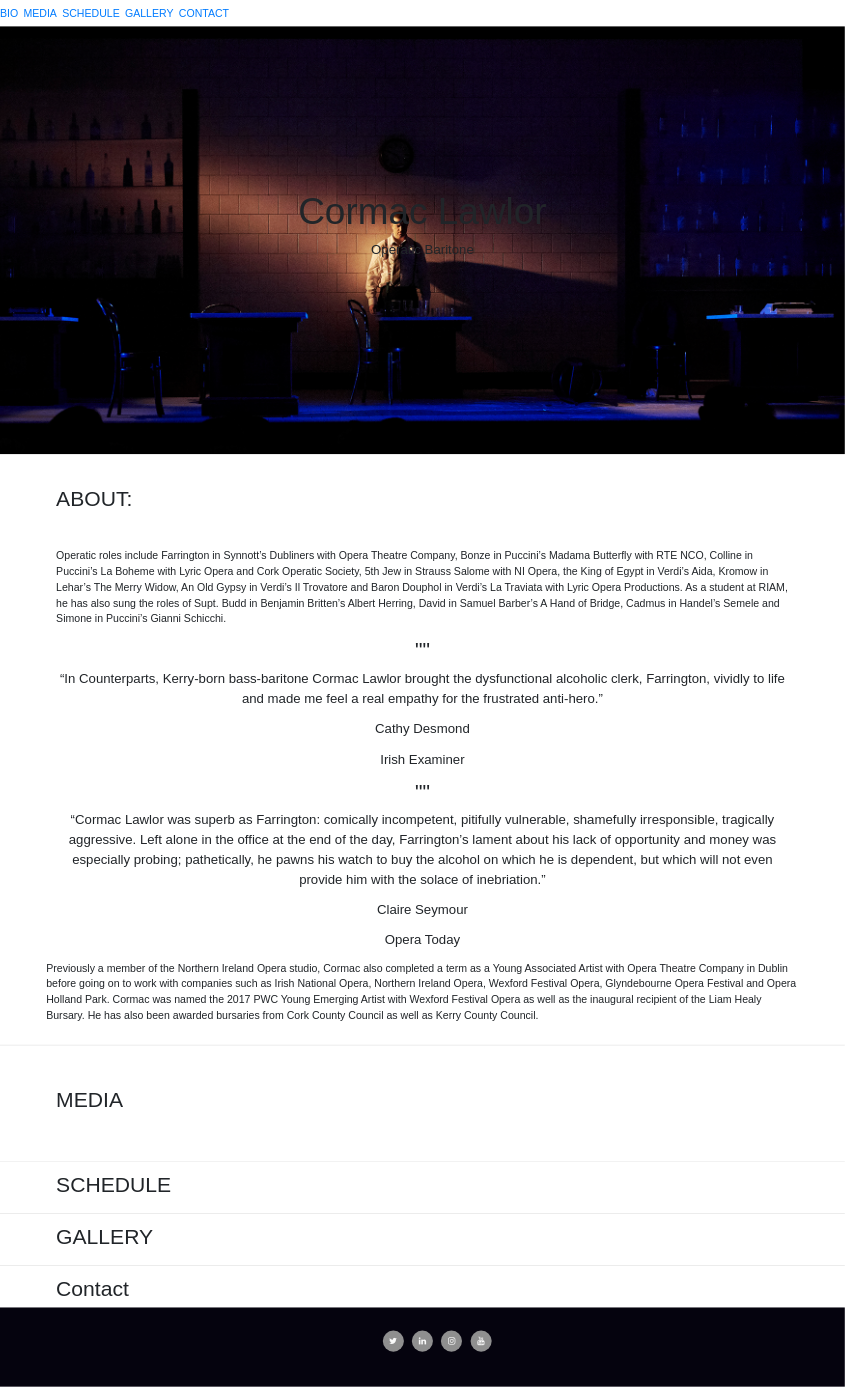
Repository: armedcor/frontend-project
Page: index.html
The author's editor kept a record of every edit. The page is drawn from the files as they stood at one moment, then again after the next edit.
The browser window is 1280 px wide. The page is 1295 px wide, so the pictures cover 1295 px, including what lies to the right of the window. The pictures show the whole page, at 66% of full size.
Backgrounds fixed to the window are drawn as part of the page.

Above is the page before.

### index.html
<!doctype html>
<html lang="en">

<head>
    <!-- Required meta tags -->
    <meta charset="utf-8">
    <meta name="viewport" content="width=device-width, initial-scale=1.0">

    <!-- Bootstrap CSS -->
    <link rel="stylesheet" href="https://stackpath.bootstrapcdn.com/bootstrap/4.3.1/css/bootstrap.min.css" integrity="sha384-ggOyR0iXCbMQv3Xipma34MD+dH/1fQ784/j6cY/iJTQUOhcWr7x9JvoRxT2MZw1T" crossorigin="anonymous">
    <!-- FontAwesome Link -->
    <link rel="stylesheet" href="https://stackpath.bootstrapcdn.com/font-awesome/4.7.0/css/font-awesome.min.css" type="text/css" />
    <!-- Local Style Sheet -->
    <link rel="stylesheet" href="assets/css/style.css" type="text/css" />
    <title>Cormac Lawlor | Baritone</title>
</head>

<body>
    <!-- Main landing image -->

    <nav class="navbar navbar-nav navbar-expand-sm">
        <ul class="navbar-nav mr-auto">
            <li class="active nav-item mr-2"><a class="page-scroll" href="#about-me">BIO</a></li>
            <li class="nav-item mr-2"><a class="page-scroll" href="#media">MEDIA</a></li>
            <li class="nav-item mr-2"><a class="page-scroll" href="#schedule">SCHEDULE</a></li>
            <li class="nav-item mr-2"><a class="page-scroll" href="#gallery">GALLERY</a></li>
            <li class="nav-item mr-2"><a class="page-scroll" href="#contact">CONTACT</a></li>
        </ul>
    </nav>

    <div class="container-fluid callout-container">
        <div class="row">
            <div class="col-12">
                <section class="jumbotron text-center landing-image">
                    <h1 class="display-4">Cormac Lawlor</h1>
                    <p class="lead">Operatic Baritone</p>
                </section>
            </div>
        </div>
    </div>



    <!-- About me text including media quotes -->

    <div class="row">
        <section class="container" id="about-me">
            <div class="row">
                <div class="col-12 my-5">
                    <h2 class="text-uppercase">About:</h2>
                </div>
            </div>
            <div class="row bio">
                <div class="col-12">
                    <p>Operatic roles include Farrington in Synnott’s Dubliners with Opera Theatre Company, Bonze in Puccini’s Madama Butterfly with RTE NCO, Colline in Puccini’s La Boheme with Lyric Opera and Cork Operatic Society, 5th Jew in Strauss Salome
                        with NI Opera, the King of Egypt in Verdi’s Aida, Kromow in Lehar’s The Merry Widow, An Old Gypsy in Verdi’s Il Trovatore and Baron Douphol in Verdi’s La Traviata with Lyric Opera Productions. As a student at RIAM, he has also
                        sung the roles of Supt. Budd in Benjamin Britten’s Albert Herring, David in Samuel Barber’s A Hand of Bridge, Cadmus in Handel’s Semele and Simone in Puccini’s Gianni Schicchi.</p>
                </div>
            </div>
        </section>
    </div>
    <section class="container" id="quotes">
        <div class="row">
            <div class="col-12 mobile-hidden">
                <blockquote class="blockquote">
                    <h2>""</h2>
                    <p class="quote-text">“In Counterparts, Kerry-born bass-baritone Cormac Lawlor brought the dysfunctional alcoholic clerk, Farrington, vividly to life and made me feel a real empathy for the frustrated anti-hero.”</p>
                    <p class="quote-author"> Cathy Desmond</p>
                    <p class="quote-location">Irish Examiner</p>
                </blockquote>
            </div>
            <div class="col-12 col-xs-12">
                <blockquote class="blockquote">
                    <h2>""</h2>
                    <p="quote-text">“Cormac Lawlor was superb as Farrington: comically incompetent, pitifully vulnerable, shamefully irresponsible, tragically aggressive. Left alone in the office at the end of the day, Farrington’s lament about his lack of opportunity
                        and money was especially probing; pathetically, he pawns his watch to buy the alcohol on which he is dependent, but which will not even provide him with the solace of inebriation.”</p>
                        <p class="quote-author">Claire Seymour</p>
                        <p class="quote-location">Opera Today</p>
                </blockquote>
            </div>
        </div>
    </section>

    <section class="about-me container">
        <div class="row bio">
            <div class="col-6"></div>
            <p>Previously a member of the Northern Ireland Opera studio, Cormac also completed a term as a Young Associated Artist with Opera Theatre Company in Dublin before going on to work with companies such as Irish National Opera, Northern Ireland
                Opera, Wexford Festival Opera, Glyndebourne Opera Festival and Opera Holland Park. Cormac was named the 2017 PWC Young Emerging Artist with Wexford Festival Opera as well as the inaugural recipient of the Liam Healy Bursary. He has also
                been awarded bursaries from Cork County Council as well as Kerry County Council.</p>
        </div>
        </div>

    </section>

    <hr>

    <!-- Media section include soundcloud -->

    <section class="container" id="media">
        <div class="row">
            <div class="col-12 my-5">
                <h2 class="text-uppercase">Media</h2>
            </div>
        </div>
        <!--<div class="row">-->
        <!--    <div class="col-12">-->
        <!--        <iframe width="100%" height="166" scrolling="no" frameborder="no" allow="autoplay" src="https://w.soundcloud.com/player/?url=https%3A//api.soundcloud.com/tracks/420888168&color=%23ff5500&auto_play=-->
        <!--            false&hide_related=true&show_comments=true&show_user=true&show_reposts=false&show_teaser=true"></iframe>-->
        <!--    </div>-->
        <!--</div>-->
        <!--<div class="row">-->
        <!--    <div class="col-12 my-5">-->
        <!--        <iframe width="100%" height="166" scrolling="no" frameborder="no" allow="autoplay" src="https://w.soundcloud.com/player/?url=https%3A//api.soundcloud.com/tracks/420889467&color=%23ff5500&auto_play-->
        <!--            =false&hide_related=true&show_comments=true&show_user=true&show_reposts=false&show_teaser=true"></iframe>-->
        <!--    </div>-->
        <!--</div>-->
    </section>

    <hr>

    <section class="container" id="schedule">
        <div class="row">
            <div class="col-12">
                <h2 class="text-uppercase">Schedule</h2>
            </div>
        </div>
    </section>

    <hr>

    <section class="container" id="gallery">
        <div class="row">
            <div class="col-12">
                <h2 class="text-uppercase">Gallery</h2>
            </div>
        </div>
    </section>

    <hr>

    <section class="container" id="contact">
        <div class="row">
            <div class="col-12">
                <h2 class="text-upppercase">Contact</h2>
            </div>
        </div>
    </section>



</body>

<footer class="container-fluid">
    <div id="footer-details" class="row">
        <div class="col-12">
            <ul class="list-inline social-links">
                <li class="list-inline-item">
                    <a target="_blank" href="#">
                            <i class="fa fa-twitter" aria-hidden="true"></i>
                            <span class="sr-only">Twitter</span>
                        </a>
                </li>
                <li class="list-inline-item">
                    <a target="_blank" href="#">
                            <i class="fa fa-linkedin" aria-hidden="true"></i>
                            <span class="sr-only">LinkedIn</span>
                        </a>
                </li>
                <li class="list-inline-item">
                    <a target="_blank" href="#">
                            <i class="fa fa-instagram" aria-hidden="true"></i>
                            <span class="sr-only">Instagram</span>
                        </a>
                </li>
                <li class="list-inline-item">
                    <a target="_blank" href="#">
                            <i class="fa fa-youtube" aria-hidden="true"></i>
                            <span class="sr-only">Youtube</span>
                        </a>
                </li>
            </ul>
        </div>
    </div>

</footer>

</html>

### assets/css/style.css
@import url('https://fonts.googleapis.com/css?family=Exo+2:300i,400,400i,500
,
500i);

/*----------------------NavBar */

nav {
    10px
}

/*-------------------- Body Containers */

.callout-container {
    height: 90vh;
    background: url("../photos/Cormac.jpg") no-repeat center center fixed;
    -webkit-background-size: cover;
    -moz-background-size: cover;
    -o-background-size: cover;
    background-size: cover;

    display: flex;
    align-items: center;
    justify-content: center;
}

/*----------------------General Fonts, paddings and special characters */

body {
    font-family: "Exo 2", sans-serif;
}

#quotes h2 p {
    text-align: center;
}

.blockquote {
    text-align: center;
}

@media (max-width: 999px) {
    .mobile-hidden {
        display: none;
    }

}

.jumbotron {
    background: transparent;
}

.jumbotron-header {
    font-family: 'Quattrocento', serif;
    color: white;
    letter-spacing: 5px;
    font-size: 72px;
    height: 340px;
}

.jumbotron-text {
    color: white;
    font-family: 'Quattrocento', serif;
    letter-spacing:2px;
    font-weight: 300
    font-family: 'Montserrat', sans-serif;
}
/*----------------------Footer */

footer {
    background-color: #05030e;
    color: #fafafa;
    min-height: 120px;
    margin: 0;
}



.social-links {
    padding-left: 45%;
    padding-top: 15px;
    padding-bottom: 15px;
}

.social-links li a i {
    width: 32px;
    height: 32px;
    padding: 12px 0;
    border-radius: 50%;
    font-size: 13px;
    line-height: 7px;
    text-align: center;
    color: #fafafa;
    background-color: #8f8f8f;
    transition: all 0.35s ease-in-out;
    -moz-transition: all 0.35s ease-in-out;
    -webkit-transition: all 0.35s ease-in-out;
    -o-transition: all 0.35s ease-in-out;
}

.social-links li a i:hover {
    background-color: #2662c1;
}

#footer-details {
    padding: 20px;
}



/*----- * {
    background: #000 !important;
    color: #0f0 !important;
    outline: solid #f00 1px !important;
}  */

After the next edit:
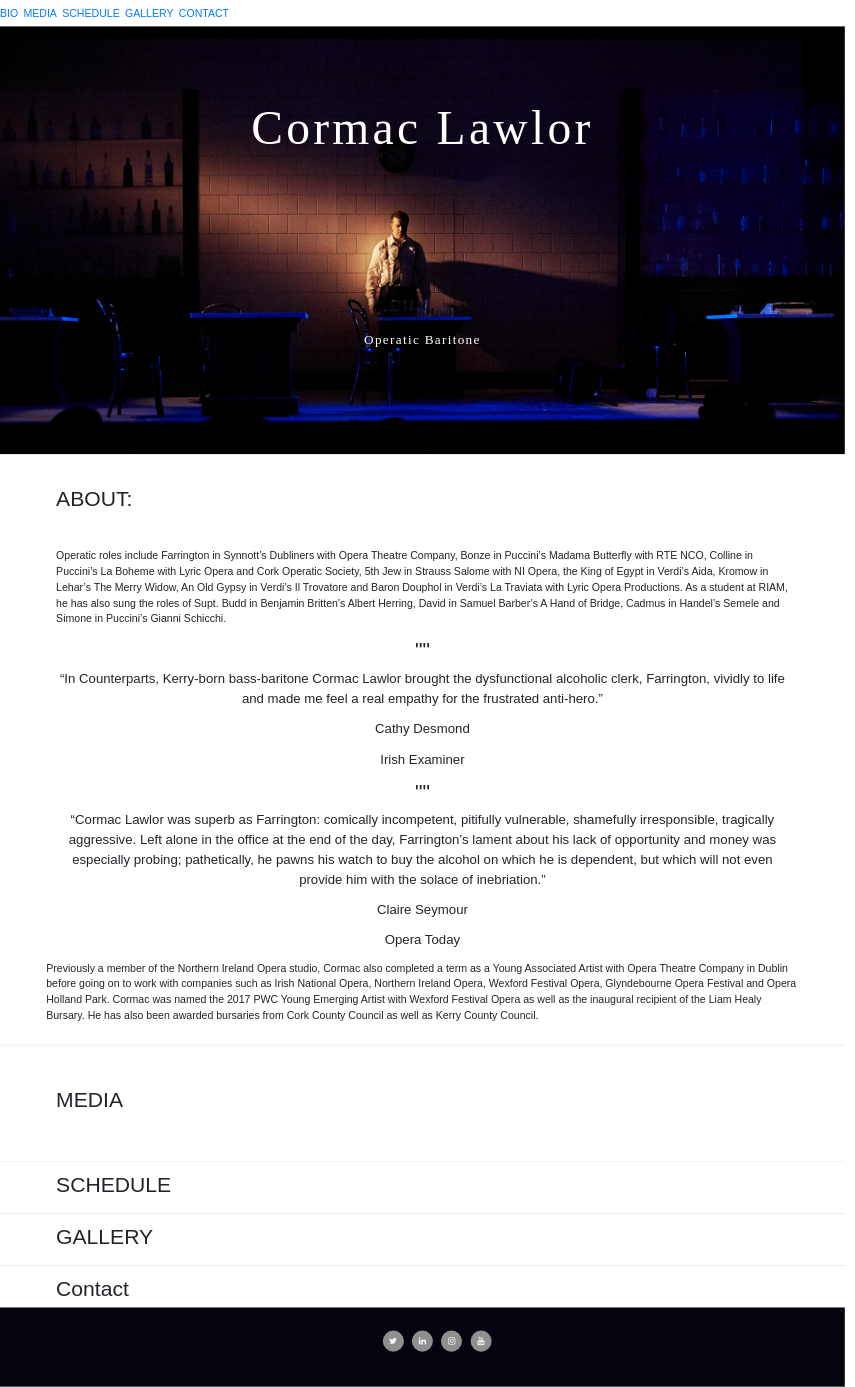
The edit:
--- a/index.html
+++ b/index.html
@@ -31,9 +31,9 @@
     <div class="container-fluid callout-container">
         <div class="row">
             <div class="col-12">
-                <section class="jumbotron text-center landing-image">
-                    <h1 class="display-4">Cormac Lawlor</h1>
-                    <p class="lead">Operatic Baritone</p>
+                <section class="jumbotron text-center">
+                    <h1 class="display-4 jumbotron-header">Cormac Lawlor</h1>
+                    <p class="lead jumbotron-text">Operatic Baritone</p>
                 </section>
             </div>
         </div>
